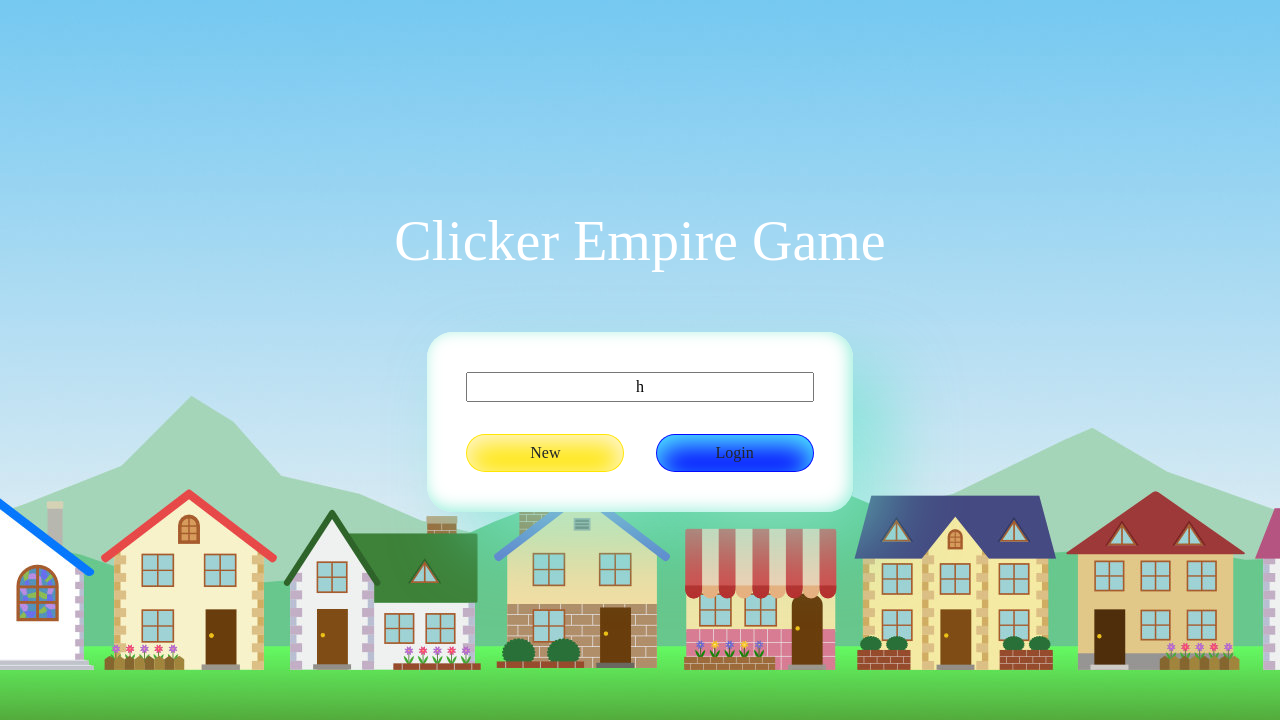
Repository: yu-yaba/Clicker-empire-game
Page: index.html
These files come from the project's save history. The page is drawn as it stood at one moment and after the next save; the edit follows.
The browser window is 1280 px wide. The pictures show the whole page.
Some web fonts or font styles are not loaded; a fallback is used.

Above is the page before, as saved 2023-02-02 10:46:06.

### index.html
<!DOCTYPE html>
<html lang="ja">
<head>
    <meta charset="UTF-8">
    <meta name="viewport" content="width=device-width, initial-scale=1.0">
    <link href="https://cdn.jsdelivr.net/npm/bootstrap@5.0.2/dist/css/bootstrap.min.css" rel="stylesheet" integrity="sha384-EVSTQN3/azprG1Anm3QDgpJLIm9Nao0Yz1ztcQTwFspd3yD65VohhpuuCOmLASjC" crossorigin="anonymous">
    <link rel="stylesheet" href="stylesheet.css">
    <link href="https://fonts.googleapis.com/css2?family=Bevan&display=swap" rel="stylesheet">
    <title>Clicker Empire Game</title>
</head>
<body>

<div id="initial-form" class="" >
    <div class="vh-100 bg-img d-flex justify-content-center flex-wrap">
        <div class="d-flex justify-content-center align-items-end col-7 col-sm-11">
            <h1 class="text-center">Clicker Empire Game</h1>
        </div>
        <div class="col-8 col-md-4 text-center mt-5">
            <div class="initialCon p-4">
                <form onsubmit=" event.preventDefault();">
                    <div class="form-group">
                        <input type="text" name="name" class="form-controll col-11 my-3 text-center" value="h" placeholder="Your name" id="userName" required="required">
                    </div>
                    <div class="d-flex justify-content-around my-3">
                        <button type="submit" class="btn btn1-warning col-5" onclick="registerAccount()">New</button>
                        <button type="submit" class="btn btn1-primary col-5" onclick="loginAccount()">Login</button>
                    </div>
                </form>
            </div>
        </div>
    </div>
</div>

<div id="main-page" class="d-none bg-img vh-100 d-flex justify-content-center align-items-center">
    <div>
        <div id="balance-info" class="col-11 col-sm-6 d-flex align-items-center justify-content-center eachCon"></div>
        <div id="user-info" class="col-11 col-sm-4 d-flex justify-content-center align-items-center eachCon"></div>
    </div>
    <div class=>
        <div id="hamburger-info" class="col-11 col-sm-3 justify-content-center align-items-center d-flex eachCon"></div>
        <div id="item-info" class="d-flex col-11 col-sm-7 justify-content-center align-items-center eachCon"></div>
    </div>
    <div id="data-info" class="d-flex justify-content-end col-11 col-sm-10 m-1"></div>
</div>

<script type="text/javascript" src="text.js"></script>
</body>
</html>

### stylesheet.css
body {
    font-family: 'Bevan', cursive;
    color: white;
    font-weight: bold;
    text-shadow: 3px 3px 0 #000
    overflow: scroll;
}


/* #main-page {
    font-family: 'Bevan', cursive;
    color: black;
    font-weight: bold;
    text-shadow: 3px 3px 0 white;
} */

.vh-100 {
    height: 100%;
    width: 100%;
}

.initialCon {
    backdrop-filter: blur(8px);
    background-color: rgba(255, 255, 255);
    border-radius: 26px;
    box-shadow: 35px 35px 68px 0px rgba(80, 227, 194, 0.5), inset -3px -3px 16px 0px rgba(80, 227, 194, 0.6), inset 0px 11px 28px 0px rgb(255, 255, 255);
}

.bg-img {
    background-image: url("img/1920355.jpg");
    background-position: center bottom;
}

.bg-white {
    background: white;
}

#initial-form h1 {
    font-size: 3.5em;
}

.btn1-warning {
    backdrop-filter: blur(8px);
    background-color: rgb(255, 230, 0);
    border-radius: 26px;
    box-shadow: 35px 35px 68px 0px rgba(255, 255, 255, 0.5), inset -3px -3px 16px 0px rgb(255, 255, 255, 0.3), inset 0px 11px 28px 0px rgb(255, 245, 196);
}

.btn1-warning:hover {
    box-shadow:0 2px 0 0 rgb(92, 104, 26);
    transform: translateY(-2px);

}

.btn1-primary {
    backdrop-filter: blur(8px);
    background-color: rgb(5, 9, 255);
    border-radius: 26px;
    box-shadow: 35px 35px 68px 0px rgba(255, 255, 255, 0.5), inset -2px -2px 10px 0px rgba(0, 225, 255, 0.1), inset 0px 11px 28px 0px rgb(84, 241, 255);
}

.btn1-primary:hover {
    box-shadow:0 2px 0 0 #005400;
    transform: translateY(-2px);
}



.img-fluid {
    max-width: 40%;
    height: auto;
}

.available {
    color: rgb(19, 203, 19);
}

.no-available {
    color: red;
}

.mainPageCon {
    backdrop-filter: blur(8px);
    background-color: rgb(255, 255, 255);
    border-radius: 26px; box-shadow: 35px 35px 68px 0px rgba(80, 227, 194, 0.5), inset -3px -3px 16px 0px rgba(80, 227, 194, 0.6), inset 0px 11px 28px 0px rgb(255, 255, 255);
    padding: 10px;
}

#balance-info {
    backdrop-filter: blur(0px);
    background-color: rgba(61, 55, 232, 0.934);
    border-radius: 26px;
    box-shadow: 35px 35px 68px 0px rgba(255, 255, 255, 0.5), inset -3px -3px 16px 0px rgba(12, 34, 162, 0.6), inset 0px 11px 28px 0px rgb(221, 220, 220);
    margin: 10px;
}

#user-info {
    backdrop-filter: blur(0px);
    background-color: rgba(255, 226, 3, 0.9);
    border-radius: 26px;
    box-shadow: 35px 35px 68px 0px rgba(161, 161, 161, 0.5), inset -12px -12px 16px 0px rgba(255, 255, 255, 0.6), inset 0px 11px 28px 0px rgb(224, 223, 223);
    padding: 30px;
    margin: 10px;
}

#hamburger-info {
    backdrop-filter: blur(5px);
    background-color: rgba(20, 207, 240, 0.9);
    border-radius: 26px;
    box-shadow: 35px 35px 68px 0px rgba(155, 155, 155, 0.593), inset -9px -9px 16px 0px rgba(145, 192, 255, 0.6), inset 0px 11px 28px 0px rgb(241, 241, 241);
    margin: 10px;
    padding: 10px;
}

#item-info {
    backdrop-filter: blur(5px);
    background-color: rgba(28, 205, 43, 0.9);
    border-radius: 26px;
    box-shadow: 35px 35px 68px 0px rgba(145, 192, 255, 0.5), inset -9px -9px 16px 0px rgba(145, 192, 255, 0.6), inset 0px 11px 28px 0px rgb(255, 255, 255);
    padding: 40px;
    margin: 10px;
}

.eachItemCon {
    backdrop-filter: blur(5px);
    background-color: rgb(26, 197, 17);
    border-radius: 26px;
    box-shadow: 35px 35px 68px 0px rgba(126, 211, 33, 0.5), inset -8px -8px 16px 0px rgba(100, 218, 110, 0.9), inset 0px 11px 28px 0px rgb(255, 255, 255);
    padding: 20px;
}

.eachItemCon .purchase-btn {
    backdrop-filter: blur(5px);
    background-color: rgba(0, 208, 255, 0.9);
    border-radius: 26px;
    box-shadow: 35px 35px 68px 0px rgba(145, 192, 255, 0.5), inset -9px -9px 16px 0px rgba(145, 192, 255, 0.6), inset 0px 11px 28px 0px rgb(255, 255, 255);
    width: 50px;
    height: 35px;
    border: none;
}

.eachItemCon .max-btn:hover, .purchase-btn:hover {
    transform: scale(1.2);
}

.eachItemCon .max-btn:hover .purchase-btn:active {
    transform: scale(0.9);
}

.eachItemCon .max-btn {
    backdrop-filter: blur(0px);
    background-color: rgb(0, 51, 255);
    border-radius: 26px;
    box-shadow: 35px 35px 68px 0px rgba(58, 163, 85, 0.5), inset -3px -3px 16px 0px rgba(40, 58, 161, 0.6), inset 0px 11px 28px 0px
    rgba(120, 175, 230, 0.9);
    width: 60px;
    height: 35px;
    border: none;
}

.hamburger-btn:hover {
    transform: scale(1.1);
}

.hamburger-btn:active {
    transform: scale(0.9);
}

.save-btn {
    backdrop-filter: blur(5px);
    background-color: rgba(255, 255, 255, 1);
    border-radius: 10px;
    box-shadow: 35px 35px 68px 0px rgba(145, 192, 255, 0.5), inset -8px -8px 16px 0px rgba(145, 192, 255, 0.6), inset 0px 11px 28px 0px rgb(255, 255, 255);
    border: none;
    width: 80px;
    height: 35px;
}

### text.js
const config = {
    initialForm : document.getElementById("initial-form"),
    mainPage : document.getElementById("main-page"),
    balanceInfo : document.getElementById("balance-info"),
    hamburgerInfo : document.getElementById("hamburger-info"),
    userInfo : document.getElementById("user-info"),
    itemInfo : document.getElementById("item-info"),
    dataInfo : document.getElementById("data-info"),
    userName : document.getElementById("userName"),
    particles : document.getElementById("particles-js"),
};

function displayBlock (ele) {
    ele.classList.remove("d-none");
    ele.classList.add("d-block");
}

function displayNone (ele) {
    ele.classList.remove("d-block");
    ele.classList.add("d-none");
}
class UserAccount {
    constructor(name, age, days, money, profitPerClick, profitPerSeconds, belongings, hamburger){
        this.name = name;
        this.age = age;
        this.days = days;
        this.money = money;
        this.profitPerClick = profitPerClick;
        this.profitPerSeconds = profitPerSeconds;
        this.belongings = belongings;
        this.hamburger = hamburger;
    }

    increaseHamburgerPerClick () {
        return this.hamburger ++;
    }

    addClickProfit () {
        return this.money += this.profitPerClick;
    }

    addSecondsProfit () {
        return this.money += this.profitPerSeconds;
    }

    reduceBalance (price) {
        return this.money -= price;
    }

    increaseDay () {
        return this.days ++;
    }

    growOld () {
        return this.age ++;
    }

    addProfit (profit, type) {
        if (type == "ability") return this.profitPerClick += profit;
        else return this.profitPerSeconds += profit;
    }


};

class Item {
    constructor(name, price, purchaseLimit, purchaseQuantity, profit, type, imgUrl){
        this.name = name;
        this.price = price;
        this.purchaseLimit = purchaseLimit;
        this.purchaseQuantity = purchaseQuantity;
        this.profit = profit;
        this.type = type;
        this.imgUrl = imgUrl;
    }

    increasePurchaseQuantity (quantity) {
        this.purchaseQuantity += quantity;
    }

    increaseAssets (quantity) {
        if (this.name == "ETF Stock") {
            this.profit = (this.price * (this.purchaseQuantity + quantity)) * 0.001;
            this.price = this.price * 1.1;
        } else if (this.name == "ETF Bonds") {
            this.profit = (this.price * (this.purchaseQuantity + quantity)) * 0.0007;
        }
        return quantity * this.profit;
    }
};

const itemList = [
    new Item("Flip machine", 15000, 500, 0, 100, "ability", "https://cdn-icons-png.flaticon.com/512/823/823215.png"),
    new Item("ETF Stock", 300000, Infinity, 0, 0.1, "investment", "https://cdn-icons-png.flaticon.com/512/4222/4222019.png"),
    new Item("ETF Bonds", 300000, Infinity, 0, 0.07, "investment", "https://cdn-icons-png.flaticon.com/512/2601/2601439.png"),
    new Item("Lemonade Stand", 30000, 1000, 0, 30, "realEstate", "https://cdn-icons-png.flaticon.com/512/941/941769.png"),
    new Item("Ice Cream Truck", 100000, 500, 0, 120, "realEstate", "https://cdn-icons-png.flaticon.com/512/3181/3181382.png"),
    new Item("House", 20000000, 100, 0, 32000, "realEstate", "https://cdn-icons-png.flaticon.com/512/619/619153.png"),
    new Item("TownHouse", 40000000, 100, 0, 64000, "realEstate", "https://cdn-icons-png.flaticon.com/512/2590/2590620.png"),
    new Item("Mansion", 250000000, 20, 0, 500000, "realEstate", "https://cdn-icons-png.flaticon.com/512/492/492058.png"),
    new Item("Industrial", 1000000000, 10, 0, 2200000, "realEstate", "https://cdn-icons-png.flaticon.com/512/1258/1258543.png"),
    new Item("Hotel Skyscraper", 10000000000, 5, 0, 25000000, "realEstate", "https://cdn-icons-png.flaticon.com/512/683/683255.png"),
    new Item("Bullet-Speed Sky Railway", 10000000000000, 1, 0, 30000000000, "realEstate", "https://cdn-icons-png.flaticon.com/512/3112/3112932.png")
]

function registerAccount () {
    let userData = "";
    if (config.userName.value === "yuya")  userData = new UserAccount("yuya", 20, 0, 10000000, 100000, 1000, itemList, 0);
    else if (config.userName.value == "") {
        return alert (`名前を入力して下さい`);
    }
    else userData = new UserAccount (config.userName.value, 20, 0, 500000000, 100, 0, itemList, 0);

    displayNone(config.initialForm);
    displayBlock(config.mainPage);
    config.mainPage.innerHTML ="";
    config.mainPage.append(createMainPage(userData));
    return userData;
}

function loginAccount () {
    let saveData = localStorage.getItem(config.userName.value);
    saveData = JSON.parse(saveData);

    if (saveData == null) {alert("データが見つかりませんでした");
        return false;
    } else {
        let loginItems = [];
        for (let i = 0; i < saveData["belongings"].length; i++) {
            let eachItem = saveData["belongings"][i];
            loginItems.push(new Item(eachItem["name"], eachItem["imgUrl"], eachItem["any"], eachItem["profit"], eachItem["purchaseQuantity"], eachItem["purchaseLimit"], eachItem["type"]))
        }

        let userData = new UserAccount(saveData["name"], saveData["age"], saveData["days"], saveData["money"], saveData["profitPerClick"], saveData["profitPerSeconds"], loginItems, saveData["hamburger"]);

    config.mainPage.innerHTML = "";
    displayNone(config.particles);
    displayNone(config.initialForm);
    displayBlock(config.mainPage);
    config.mainPage.append(createMainPage(userData))
    return userData;
    }
}


function createBalanceInfo (userData) {
    let balanceInfoCon = document.createElement("div");
    balanceInfoCon.classList.add();
    balanceInfoCon.innerHTML =`
        <h2>Balance</h2>
        <h2> $${userData.money}</h2>
    `
    return balanceInfoCon;
}

function createUserInfo (userData) {
    let userInfoCon = document.createElement("div");
    userInfoCon.classList.add("d-flex", "flex-wrap", "justify-content-between");
    userInfoCon.innerHTML = `
        <h2 class="col-4">${userData.name}</h2>
        <h2 class="col-4">${userData.age} years old</h2>
        <h2 class="col-4">${userData.days} days</h2>
    `
    return userInfoCon;
}

function createHamburger (userData) {
    let hamburgerCon = document.createElement("div");
    hamburgerCon.classList.add("col-12", "text-center");
    hamburgerCon.innerHTML = `
    <div class="mb-0">
        <p>${userData.hamburger} Burger</p>
        <p>$${userData.profitPerClick}/click</p>
        <p>$${userData.profitPerSeconds}/days</p>
    </div>
    <div class="container-fluid">
        <img alt="" src='https://icons.veryicon.com/png/o/food--drinks/flat-color-restaurant-icon/hamburger-8.png' class="hamburger-btn" width="65%">
    </div>
    `

    hamburgerCon.querySelector(".hamburger-btn").addEventListener("click", function () {
        hamburgerCon.querySelectorAll("p")[0].innerHTML = `${userData.increaseHamburgerPerClick()} Burgers`;
        config.balanceInfo.querySelectorAll("h2")[1].innerHTML =` $${parseInt(userData.addClickProfit())}`;
    })
    return hamburgerCon;
}


function createItemList (userData, itemList) {
    let itemCon = document.createElement("div");
    itemCon.classList.add("col-12");
    itemCon.innerHTML = `
    <div style="overflow: auto; height: 25em;" >
        <div id="itemList">
        </div>
    </div>
    `

    let eachItemCon = document.createElement("div");
    for (let i = 0; i < itemList.length; i++) {
        eachItemCon.innerHTML += `
        <div class="d-flex row eachItemCon justify-content-center m-0">
            <div class="col-3 d-flex align-items-center justify-content-center">
                <img alt="" src="${itemList[i].imgUrl}" class="col-10" >
            </div>
            <div class="col-4 col-md-3">
                <h4 class="col-1">${itemList[i].name}</h4>
                <p class="updatePrice">${itemList[i].price}</p>
                <p>$${renderProfit(itemList[i])}</p>
            </div>
            <div class="col-3 d-flex flex-wrap align-items-center justify-content-center">
                <button class="purchase-btn mx-2">× 1</button>
                <button class="max-btn mx-1">max</button>
            </div>
            <div class="col-2 d-flex align-items-center justify-content-center">
                <h4 class="possession">${renderNumOfPossession(itemList[i])}</h4>
            </div>
        </div>
        `
    }
    for (let i = 0; i < itemList.length; i++) {
    let purchaseBtn = eachItemCon.querySelectorAll(".purchase-btn")[i];
    purchaseBtn.addEventListener("click", function () {
        if (parseInt(itemList[i].price) > parseInt(userData.money)) {
            return alert("お金が足りません");
        } else if (itemList[i].purchaseLimit == userData["loginItems"][i].purchaseQuantity) {
            return alert("これ以上購入できません");
        } else {
            userData.reduceBalance(itemList[i].price);
            userData.addProfit(itemList[i].increaseAssets(1), itemList[i].type);
            return itemList[i].increasePurchaseQuantity(1);
        }
    })

    let maxBtn = eachItemCon.querySelectorAll(".max-btn")[i];
    maxBtn.addEventListener("click", function () {
    let totalAmount = Math.floor(userData.money / itemList[i].price);
    let total = totalAmount * itemList[i].price;
        if (total > parseInt(userData.money)) {
            return alert("お金が足りません");
        } else if (itemList[i].purchaseLimit <= userData["loginItems"][i].purchaseQuantity) {
            return alert("これ以上購入できません");
        } else {
            userData.reduceBalance(total);
            userData.addProfit(itemList[i].increaseAssets(parseInt(totalAmount)), itemList[i].type);
            return itemList[i].increasePurchaseQuantity(totalAmount);
        }
    })

    setInterval (function() {
        eachItemCon.querySelectorAll(".possession")[i].innerHTML = renderNumOfPossession(itemList[i]);
        if(itemList[i].name == "ETF Stock") eachItemCon.querySelectorAll(".updatePrice").innerHTML = `$${parseInt(itemList[i].price)}`
        if(itemList[i].purchaseQuantity == itemList[i].purchaseLimit) {
            AvailabilityPurchase(eachItemCon.querySelectorAll(".possession")[i], false);
        }
    }, 1000);
    }

    itemCon.querySelector("#itemList").append(eachItemCon);
    return itemCon;
}



function createSaveDataBtn (userData) {
    let dataCon = document.createElement("div");
    dataCon.classList.add("d-flex", "justify-content-end");
    dataCon.innerHTML = `
    <button class="save-btn">save</button>
    `

    dataCon.querySelector(".save-btn").addEventListener("click", function () {
        let saveData = userData.name;
        userData = JSON.stringify(userData);
        localStorage.setItem(saveData, userData);
        alert("データを保存しました。");
    })
    return dataCon;
}


function startInterval (userData) {
    let processPerSeconds = setInterval(function () {
        config.hamburgerInfo.querySelectorAll("p").item(1).innerHTML = `[$${userData.profitPerClick}/click]`;
        config.hamburgerInfo.querySelectorAll("p").item(2).innerHTML = `[$${parseInt(userData.profitPerSeconds)}/days]`;

        config.userInfo.querySelectorAll("h2")[2].innerHTML = `${userData.increaseDay()} days`;
        config.balanceInfo.querySelectorAll("h2")[1].innerHTML = ` $${parseInt(userData.addSecondsProfit())}`;

        if (userData.days == 366) {
            userData.growOld();
            userData.days = 1;
            config.userInfo.querySelectorAll("h2")[1].innerHTML =`${userData.age} years old`
        }
    }, 1000);
}

function createMainPage (userData) {
    let mainPageCon = document.createElement("div");
    mainPageCon.classList.add("d-flex", "justify-content-center", "flex-wrap", "col-10", "mainPageCon")

    config.balanceInfo.append(createBalanceInfo(userData));
    config.userInfo.append(createUserInfo(userData));
    let headerCon = document.createElement("div");
    headerCon.classList.add("row", "col-12", "d-flex", "justify-content-center");
    headerCon.append(config.balanceInfo, config.userInfo);

    config.hamburgerInfo.append(createHamburger(userData));
    config.itemInfo.append(createItemList(userData, itemList));
    let bodyCon = document.createElement("div");
    bodyCon.classList.add("row", "col-12", "d-flex", "justify-content-center");
    bodyCon.append(config.hamburgerInfo, config.itemInfo);

    config.dataInfo.append(createSaveDataBtn(userData));
    startInterval(userData);
    mainPageCon.append(headerCon, bodyCon, config.dataInfo);

    config.mainPage.append(mainPageCon);
    return mainPageCon;
}



function renderProfit (item) {
    if (item.type == "ability") return `${item.profit}/click`;
    else if (item.name == "ETF Stock") return "0.1%/sec";
    else if (item.name == "ETF Bonds") return "0.07%/sec";
    else return `${item.profit}/sec`;
}

function renderNumOfPossession (item) {
    if (item.type == "investment") return "∞";
    else return item.purchaseQuantity + "/" + item.purchaseLimit;
}

function AvailabilityPurchase(ele, bool) {
    if(bool == true) {
        ele.classList.remove("no-available");
        ele.classList.remove("text-dark")
        ele.classList.add("available");
    } else {
        ele.classList.remove("no-available");
        ele.classList.add("available");
    }
}

After the next save:
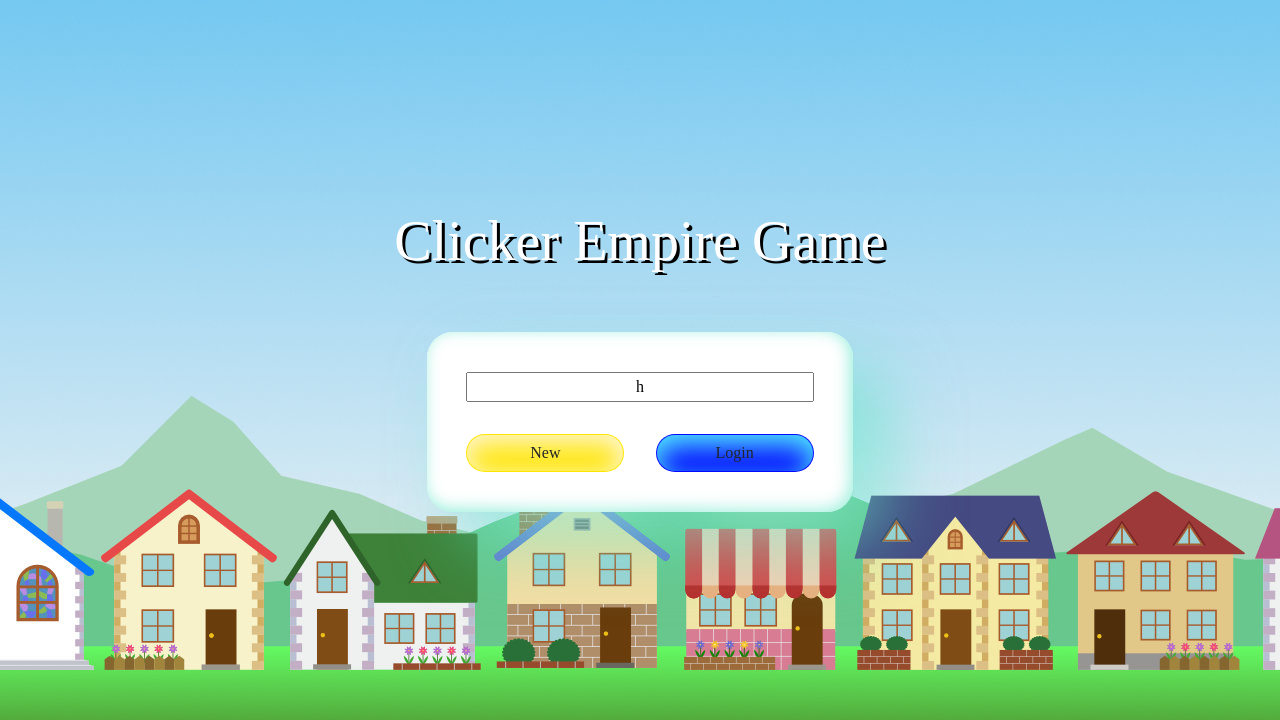
Saved 13 s later.
--- a/stylesheet.css
+++ b/stylesheet.css
@@ -2,7 +2,7 @@ body {
     font-family: 'Bevan', cursive;
     color: white;
     font-weight: bold;
-    text-shadow: 3px 3px 0 #000
+    text-shadow: 3px 3px 0 #000;
     overflow: scroll;
 }
 
